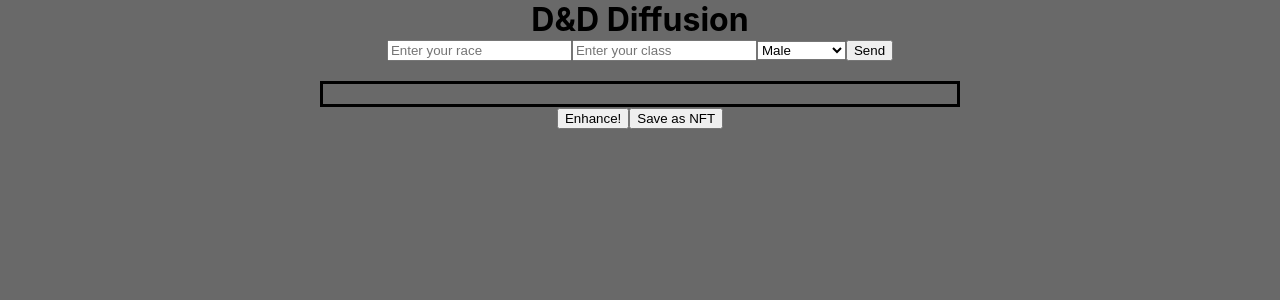
Repository: DnDnDiffusion/Front-end
Page: /
These files come from the project's save history. The page is drawn as it stood at one moment and after the next save; the edit follows.
The browser window is 1280 px wide. The pictures show the whole page.
The project was rebuilt for these pictures with package versions that can differ from the ones it lists, and the page was loaded fresh each time. The framework's server and built-in components were replaced by stand-ins that run in the browser. Also part of the build but not shown: next.config.js.

Above is the page before, as saved 2022-12-18 00:42:18.

### pages/index.js
// import Head from "next/head";
// import Image from "next/image";
import { useState } from "react";
import { avatarNFTSTORAGE } from "../utils/web3utils";
import elfImage from "../public/elf-3600557344.png";

export default function Home() {
  const [data, setData] = useState({
    race: "",
    class: "",
  });
  const [imageProcessing, setImageProcessing] = useState(false); //processing state ie. loading...
  const [error, setError] = useState(null); //error msg
  const [imageResult, setImageResult] = useState(null); //url
  const [nftStorageProcessing, setNftStorageProcessing] = useState(false); //processing state ie. loading...
  const [CID, setCID] = useState(null); //url

  const setValue = (e) => {
    setData({ ...data, [e.target.name]: e.target.value });
  };

  const send = async () => {
    setImageProcessing(true);
    console.log("data: ", data);
    //send req to backend with data to get the goods
    let result = await fetch("/api/getImage", {
      method: "POST",
      headers: {
        "Content-Type": "application/json",
        Accept: "application/json",
      },
      body: JSON.stringify({
        data: data,
      }),
    }); //result is given as a URL in S3 bucket or smth
    result = await result.json();
    if (result.error) setError(result.error);
    console.log("result from image processing", result);
    setImageResult(result);
    setImageProcessing(false);
  };

  const storeImage = async () => {
    setNftStorageProcessing(true);
    const cid = await avatarNFTSTORAGE(imageResult.imageUrl);
    setNftStorageProcessing(false);
    setCID(cid);
  };

  return (
    <div id="bodytype">
      <h1>D&D Diffusion</h1>
      {/* input takes in text for now, but eventually allows a .pdf upload */}
      {/* <form method="post"> */}
      <div id="inputs">
        <input
          onChange={(e) => setValue(e)}
          type="text"
          name="race"
          placeholder="Enter your race"
        />
        <input
          onChange={(e) => setValue(e)}
          type="text"
          name="class"
          placeholder="Enter your class"
        />
        <select id="gender" name="gender">
          <option value="Male">Male</option>
          <option value="Female">Female</option>
          <option value="Non-Binary">Non-Binary</option>
        </select>

        <button onClick={send} type="submit" name="submit">
          {imageProcessing ? "Waiting for image..." : "Send"}
        </button>
      </div>
      <br></br>
      <div id="imagegeneration">
        {imageResult && (
          <>
            <div class="div-child">
              <img src={imageResult.imageUrl} alt={"its your image!"} />
            </div>
            <div class="div-child">
              {nftStorageProcessing ? (
                <p>Waiting for NFT Storage...</p>
              ) : (
                <button onClick={storeImage}>Store Image</button>
              )}
            </div>
          </>
        )}
      </div>
      {CID && <p>Image stored at CID: {CID}</p>}
      <div id="inputs">
        <button type="button">Enhance!</button>
        <button type="button">Save as NFT</button>
      </div>
    </div>
  );
}

### styles/globals.css
html,
body {
  padding: 0;
  margin: 0;
  background-color: dimgray;
  font-family: -apple-system, BlinkMacSystemFont, Segoe UI, Roboto, Oxygen,
    Ubuntu, Cantarell, Fira Sans, Droid Sans, Helvetica Neue, sans-serif;
}

a {
  color: inherit;
  text-decoration: none;
}

* {
  box-sizing: border-box;
}

@media (prefers-color-scheme: dark) {
  html {
    color-scheme: dark;
  }
  body {
    color: white;
    background: black;
  }
}

h1 {
  margin: auto;
  text-align: center;
}

#inputs {
  text-align: center;
}

#imagegeneration {
  display: inline-block;
  text-align: center;
  border-style: solid;
  margin: 0 auto;
  padding: 10px;
  display: flex;
  flex-direction: column;
  max-width: 50%;
}

.div-child {
  margin: 0 auto;
  width: 100%;
  height: auto;
}

#bodytype {
  margin: 0 auto;
  text-align: center;
}

### utils/web3utils.js
import { NFTStorage, File } from "nft.storage";

const token = process.env.NEXT_PUBLIC_NFT_STORAGE;

// takes in base64 binary image data
async function avatarNFTSTORAGE(someBinaryImageData) {
  debugger;
  console.log(someBinaryImageData);
  const client = new NFTStorage({ token: token });

  console.log(client);
  const someData = new Blob([someBinaryImageData]);
  // const imageFile = new File([someBinaryImageData], "nft.png", {
  //   type: "image/png",
  // });
  // const cid = await client.storeDirectory([imageFile]);
  // console.log(imageFile, cid);
  const cid = await client.storeBlob(someData);
  // const metadata = await client.store({
  //   name: "D&D Diffusion Avatar",
  //   description: "Just try to funge it. You can't do it.",
  //   image: imageFile,
  // });
  return cid;
}

module.exports = { avatarNFTSTORAGE };

Loaded but not shown: pages/_app.js (common file)

After the next save:
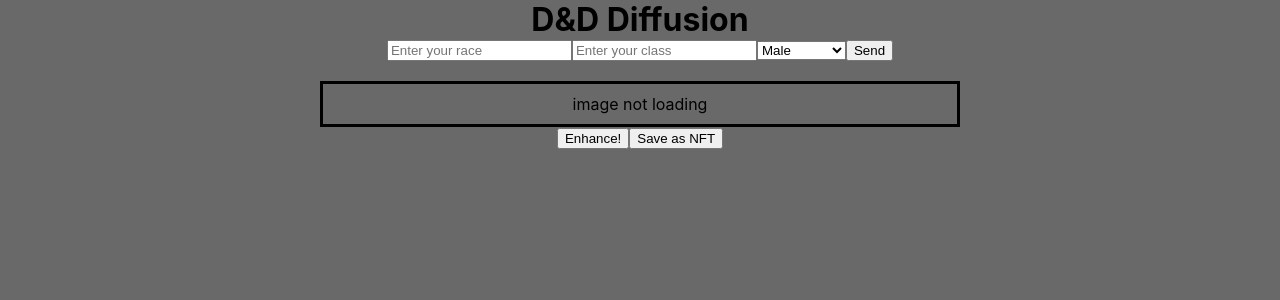
Saved 53 s later.
--- a/pages/index.js
+++ b/pages/index.js
@@ -1,6 +1,6 @@
 // import Head from "next/head";
-// import Image from "next/image";
-import { useState } from "react";
+import Image from "next/image";
+import { useState, useEffect } from "react";
 import { avatarNFTSTORAGE } from "../utils/web3utils";
 import elfImage from "../public/elf-3600557344.png";
 
@@ -19,26 +19,39 @@ export default function Home() {
     setData({ ...data, [e.target.name]: e.target.value });
   };
 
+  // const send = async () => {
+  //   setImageProcessing(true);
+  //   console.log("data: ", data);
+  //   //send req to backend with data to get the goods
+  //   let result = await fetch("/api/getImage", {
+  //     method: "POST",
+  //     headers: {
+  //       "Content-Type": "application/json",
+  //       Accept: "application/json",
+  //     },
+  //     body: JSON.stringify({
+  //       data: data,
+  //     }),
+  //   }); //result is given as a URL in S3 bucket or smth
+  //   result = await result.json();
+  //   if (result.error) setError(result.error);
+  //   console.log("result from image processing", result);
+  //   setImageResult(result);
+  //   setImageProcessing(false);
+  // };
   const send = async () => {
     setImageProcessing(true);
-    console.log("data: ", data);
-    //send req to backend with data to get the goods
-    let result = await fetch("/api/getImage", {
-      method: "POST",
-      headers: {
-        "Content-Type": "application/json",
-        Accept: "application/json",
-      },
-      body: JSON.stringify({
-        data: data,
-      }),
-    }); //result is given as a URL in S3 bucket or smth
-    result = await result.json();
-    if (result.error) setError(result.error);
-    console.log("result from image processing", result);
-    setImageResult(result);
+  };
+
+  const changeIt = async () => {
     setImageProcessing(false);
   };
+  useEffect(() => {
+    if (imageProcessing) {
+      console.log(imageProcessing);
+      setTimeout(changeIt, 3000);
+    }
+  }, [imageProcessing]);
 
   const storeImage = async () => {
     setNftStorageProcessing(true);
@@ -77,10 +90,21 @@ export default function Home() {
       </div>
       <br></br>
       <div id="imagegeneration">
+        {imageProcessing ? (
+          <Image
+            // src="https://media.tenor.com/43s33wGTNo0AAAAC/sweating-nervous.gif"
+            src="0.jpeg"
+            alt="on my way"
+            width={256}
+            height={256}
+          />
+        ) : (
+          "image not loading"
+        )}
         {imageResult && (
           <>
             <div class="div-child">
-              <img src={imageResult.imageUrl} alt={"its your image!"} />
+              <Image src={imageResult.imageUrl} alt={"its your image!"} />
             </div>
             <div class="div-child">
               {nftStorageProcessing ? (
